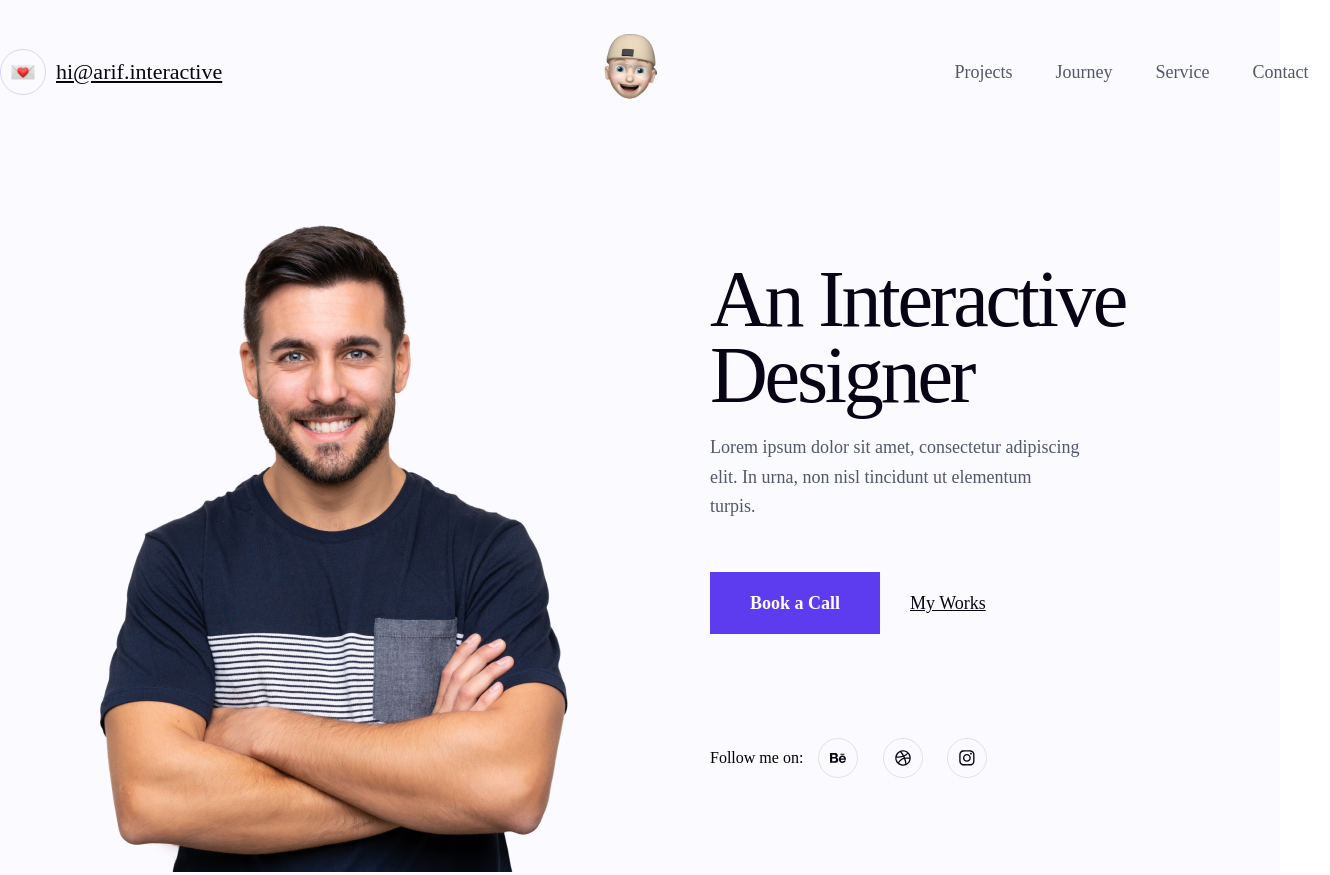
Repository: trantangtuan/project-06-grid-system12column-demo
Page: index.html
These files come from the project's save history. The page is drawn as it stood at one moment and after the next save; the edit follows.
The browser window is 1280 px wide. The page is 1330 px wide, so the pictures cover 1330 px, including what lies to the right of the window. The pictures show the whole page.

Above is the page before, as saved 2024-07-12 22:06:28.

After the next save:
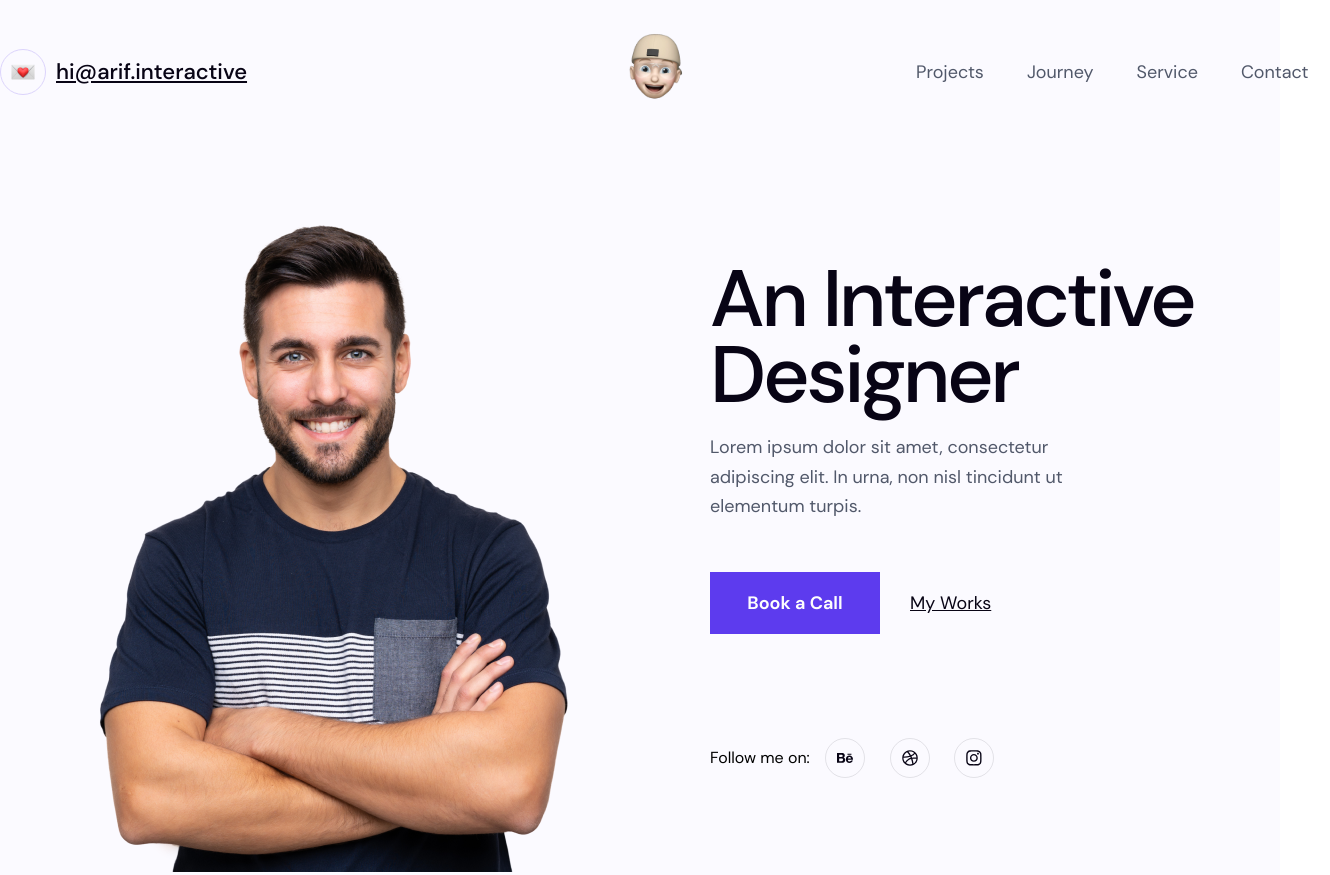
Saved 5 s later.
--- a/assets/css/style.css
+++ b/assets/css/style.css
@@ -15,7 +15,7 @@ html {
 
 body {
   font-size: 1.6rem;
-  font-family: "SM Sans";
+  font-family: "DM Sans";
 }
 
 .item {
